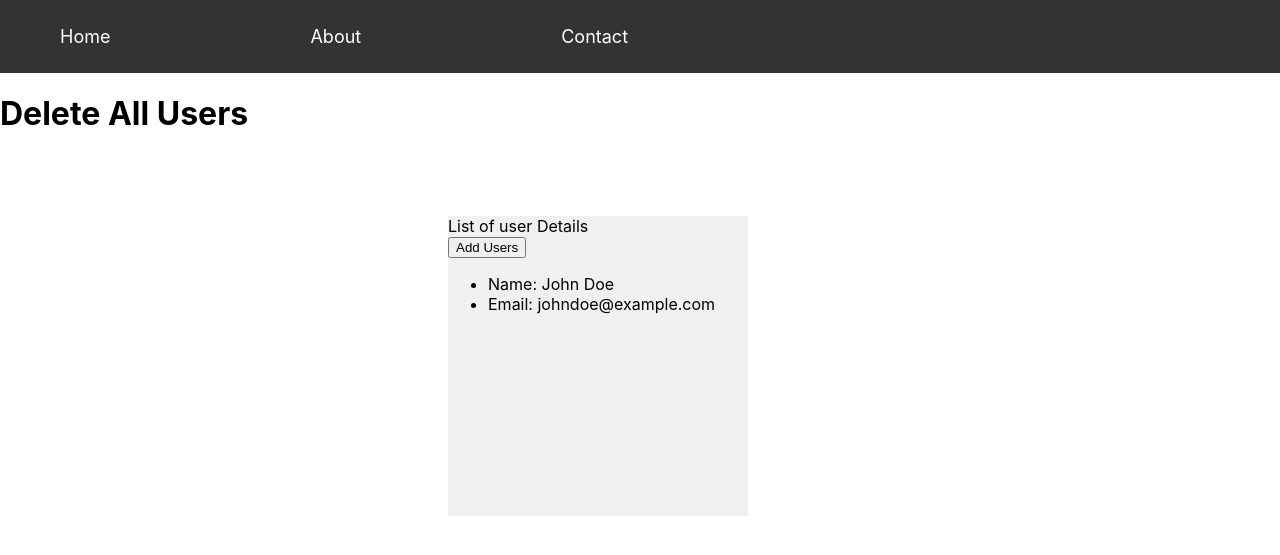
Repository: Gulzarokz/React_Course_Review
Page: / (app in reduxtoolkit/)
The author's editor kept a copy of each file at every save. The page is drawn from the files as they stood at one save, then again after the next save.
The browser window is 1280 px wide. The pictures show the whole page.
The project was rebuilt for these pictures with package versions that can differ from the ones it lists, and the page was loaded fresh each time. Also part of the build but not shown: reduxtoolkit/src/App.css.

Above is the page before, as saved 2026-05-15 10:30:35.

### reduxtoolkit/src/App.js
import logo from './logo.svg';
import './App.css';
import Navbar from './components/Navbar';

function App() {
  return (
    <>
      <Navbar />
    </>
  );
}

export default App;

### reduxtoolkit/src/components/Navbar.jsx
import React from 'react'
import './navbar.css'
import UserDetails from './UserDetails'

const Navbar = () => {
    return (
        <>
            <div className="navbar">
                <ul className="navbar-list">
                    <li>Home</li>
                    <li>About</li>
                    <li>Contact</li>
                </ul>
            </div>
            <UserDetails />
        </>
    )
}

export default Navbar

### reduxtoolkit/src/components/navbar.css
.navbar {
    display: flex;
    justify-content: space-between;
    align-items: center;
    padding: 10px 20px;
    background-color: #333;
    color: white;
}

.navbar-list {
    display: flex;
    list-style: none;
    align-items: center;
    gap: 200px;
}

.navbar-list li {
    cursor: pointer;
    font-size: 18px;
    background-color: transparent;
    border: none;
    color: white;
}

.content {
    width: 300px;
    height: 300px;
    background-color: #f0f0f0;
    position: absolute;
    top: 30%;
    left: 35%;
    /* transform: translate(-50%, -50%); */

}

### reduxtoolkit/src/components/UserDetails.jsx
import React from 'react'
import './navbar.css'
import DeleteALLUser from './DeleteALLUser'

const UserDetails = () => {
    return (
        <>
            <div className="content">
                <div className="user-details">
                    <div className="Heading">List of user Details</div>
                    <button className="">Add Users</button>
                </div>
                <ul>
                    <li>Name: John Doe</li>
                    <li>Email: johndoe@example.com</li>
                </ul>

            </div>
            <DeleteALLUser />
        </>
    )
}

export default UserDetails

### reduxtoolkit/src/components/DeleteALLUser.jsx
import React from 'react'

const DeleteALLUser = () => {
    return (
        <>
            <h1>Delete All Users</h1>
        </>
    )
}

export default DeleteALLUser

Loaded but not shown: reduxtoolkit/public/index.html (common file); reduxtoolkit/src/index.js (common file); reduxtoolkit/src/index.css (common file); reduxtoolkit/src/reportWebVitals.js (common file)

After the next save:
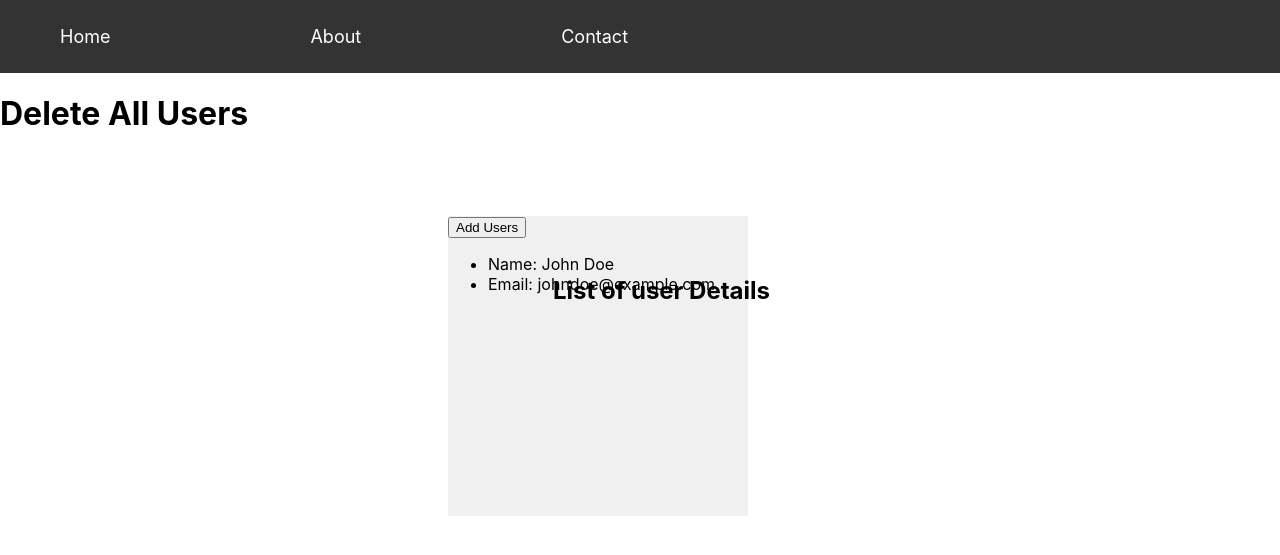
Saved 67 s later.
--- a/reduxtoolkit/src/components/navbar.css
+++ b/reduxtoolkit/src/components/navbar.css
@@ -32,3 +32,14 @@
     /* transform: translate(-50%, -50%); */
 
 }
+
+.Heading {
+    width: 300px;
+    height: 50px;
+    position: absolute;
+    top: 20%;
+    left: 35%;
+    font-size: 24px;
+    font-weight: bold;
+    margin-bottom: 20px;
+}
